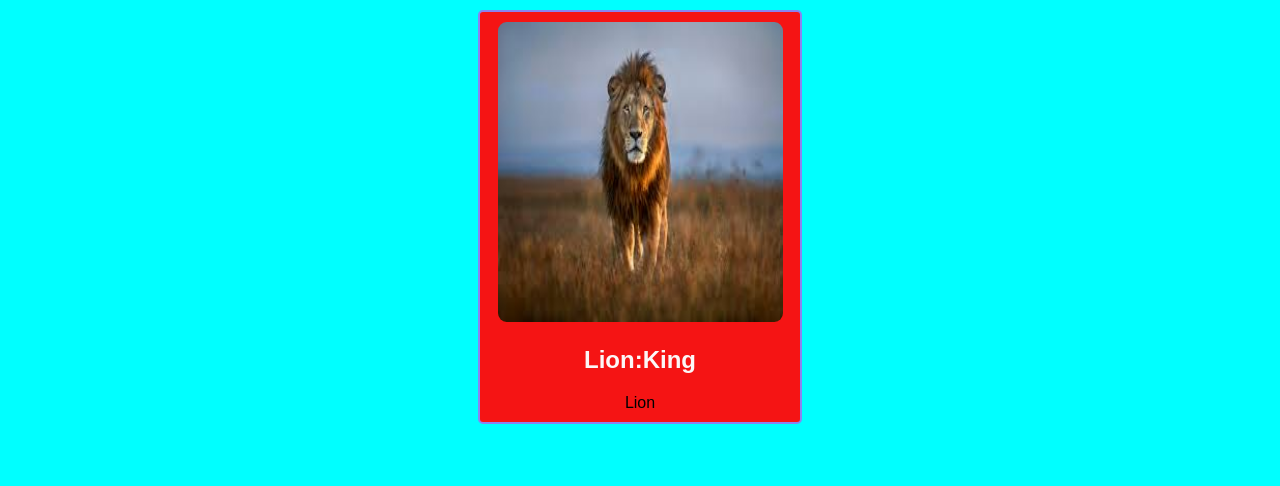
Repository: KingBoyMaylow/Animal-trading-card
Page: index.html
An editor plug-in stored every save of this project. The page is shown before and after the next save, followed by the edit.
The browser window is 1280 px wide. The pictures show the whole page.

Above is the page before, as saved 2024-05-13 22:08:56.

After the next save:
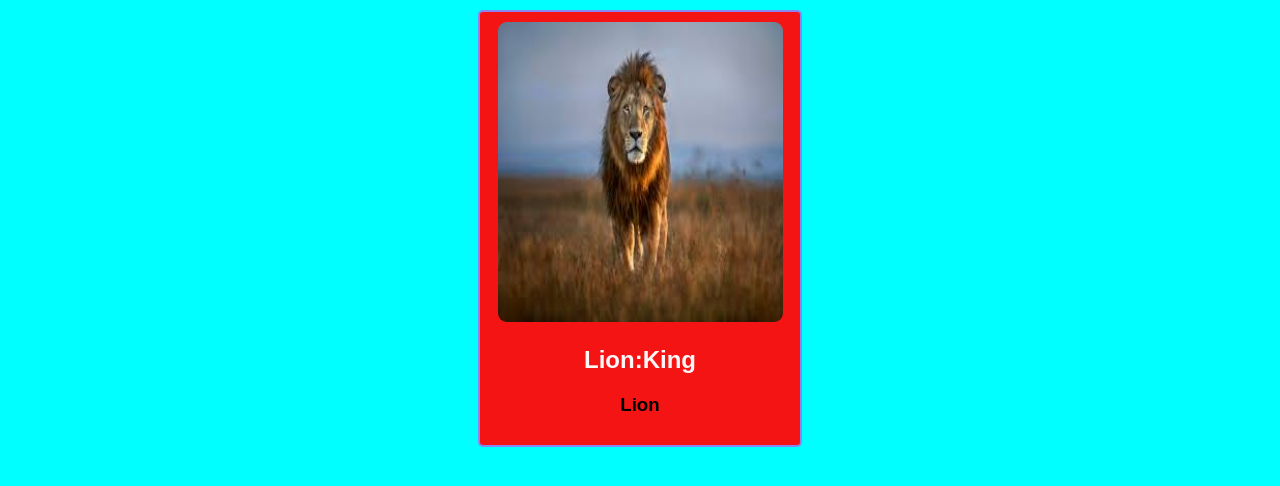
Saved 7 s later.
--- a/index.html
+++ b/index.html
@@ -37,7 +37,7 @@
     <div class="card">
         <img src="lion.jpeg" alt="Lion">
         <h2>Lion:King</h2>
-        <h3></h3>Lion</h3>
+        <h3>Lion</h3>
     </div>
 </body>
 </html>
